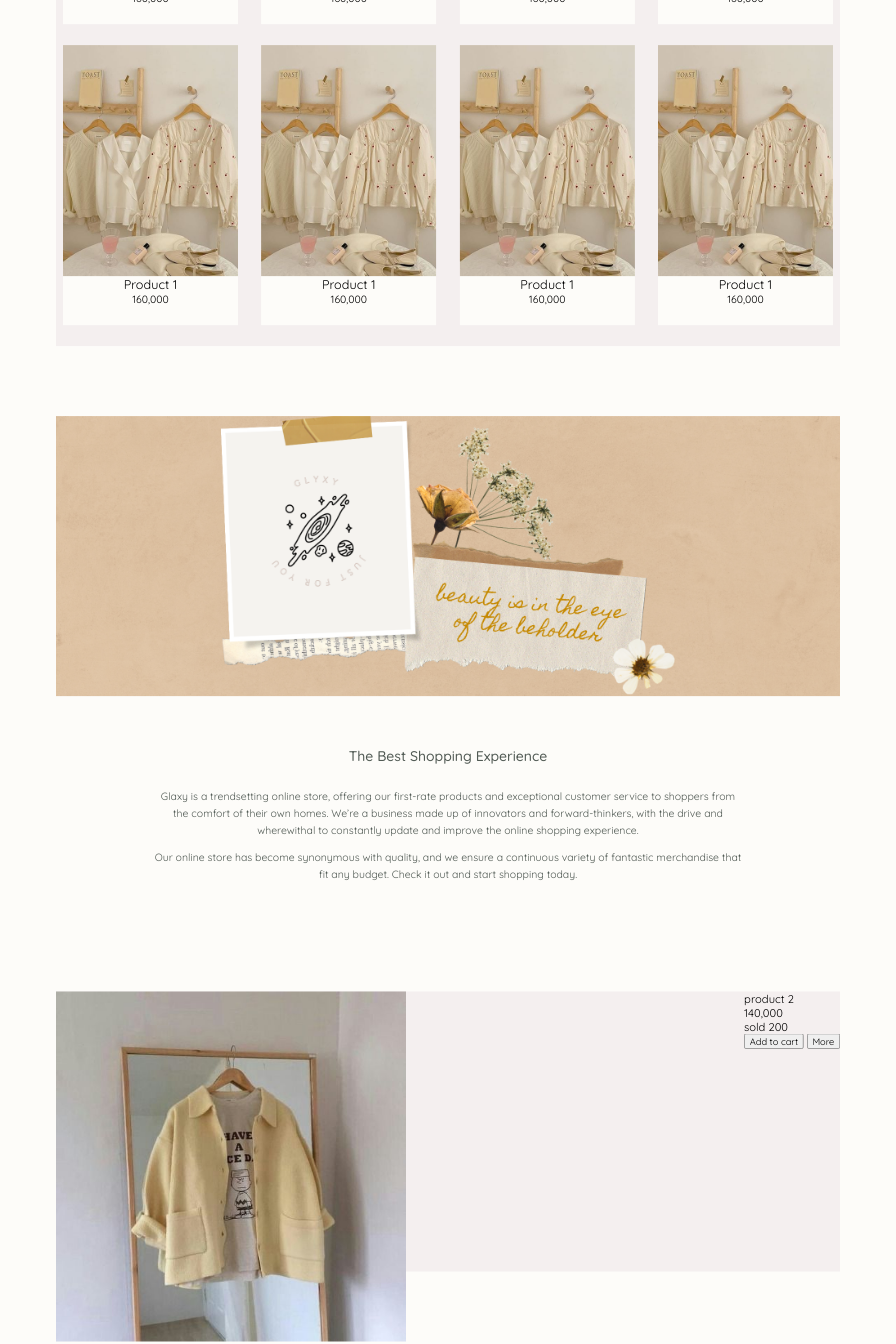
Repository: nganha241/store
Page: index.html
These files come from the project's save history. The page is drawn as it stood at one moment and after the next save; the edit follows.
The browser window is 1280 px wide. The pictures show the part of the page from y = 1899 to 3819 px (the page is 3819 px tall before and 3767 px after), at 70% of full size.
Some web libraries are served in a nearby version.

Above is the page before, as saved 2022-04-17 09:07:22.

After the next save:
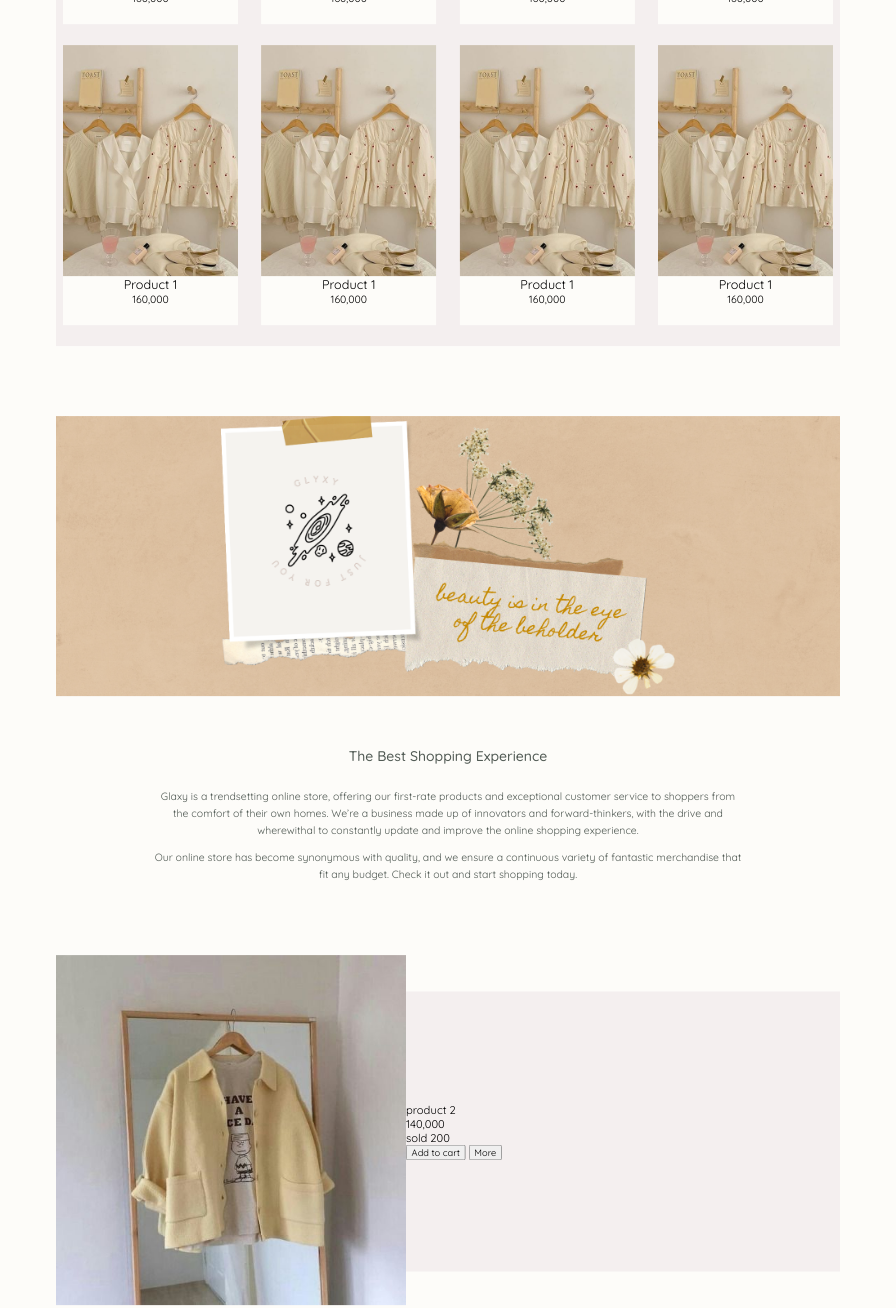
Saved 16 s later.
--- a/style.css
+++ b/style.css
@@ -296,7 +296,7 @@
 .section .featured .slider {
     height: 400px;
     display: flex;
-    justify-content: space-between;
+    align-items: center;
 }
 
 /* .footer {

After the save that followed:
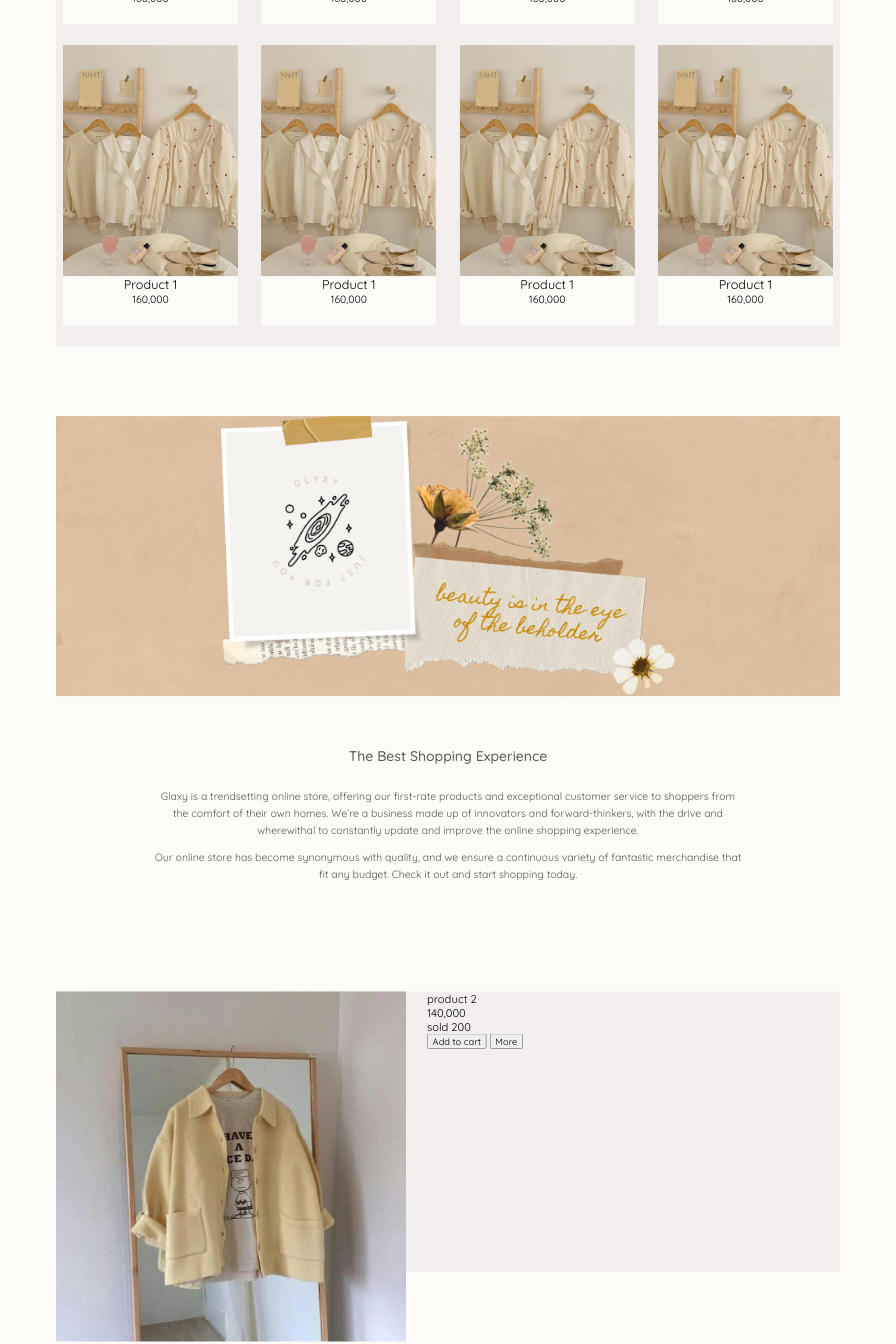
Saved 12 s later.
--- a/style.css
+++ b/style.css
@@ -296,7 +296,7 @@
 .section .featured .slider {
     height: 400px;
     display: flex;
-    align-items: center;
+    gap: 30px;
 }
 
 /* .footer {
